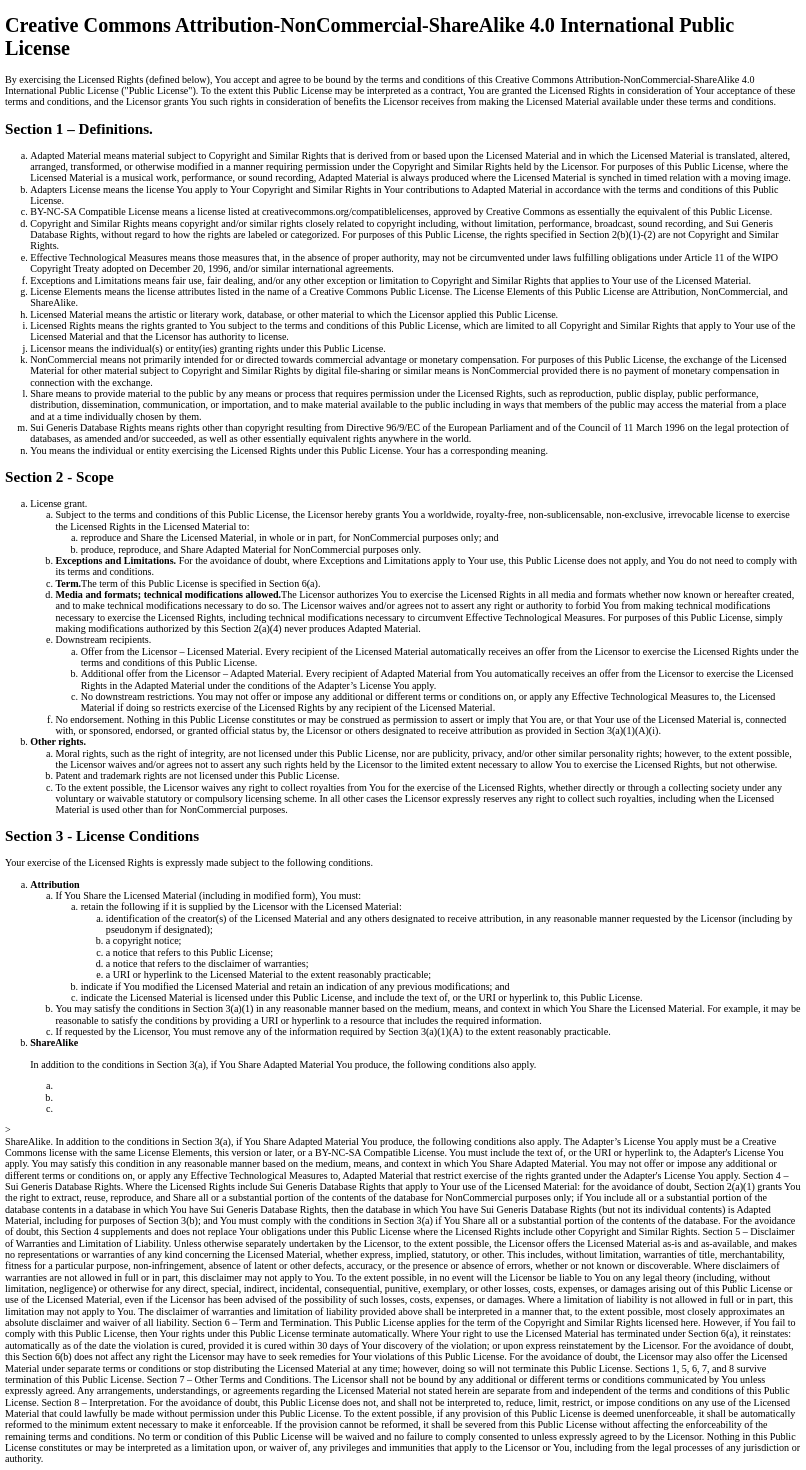
Repository: Team-Ikigami/Ascendance
Page: LICENSE-CC BY-NC-SA.html
An editor plug-in stored every save of this project. The page is shown before and after the next save, followed by the edit.
The browser window is 1280 px wide. The pictures show the whole page, at 63% of full size.

Above is the page before, as saved 2021-12-12 01:52:34.

After the next save:
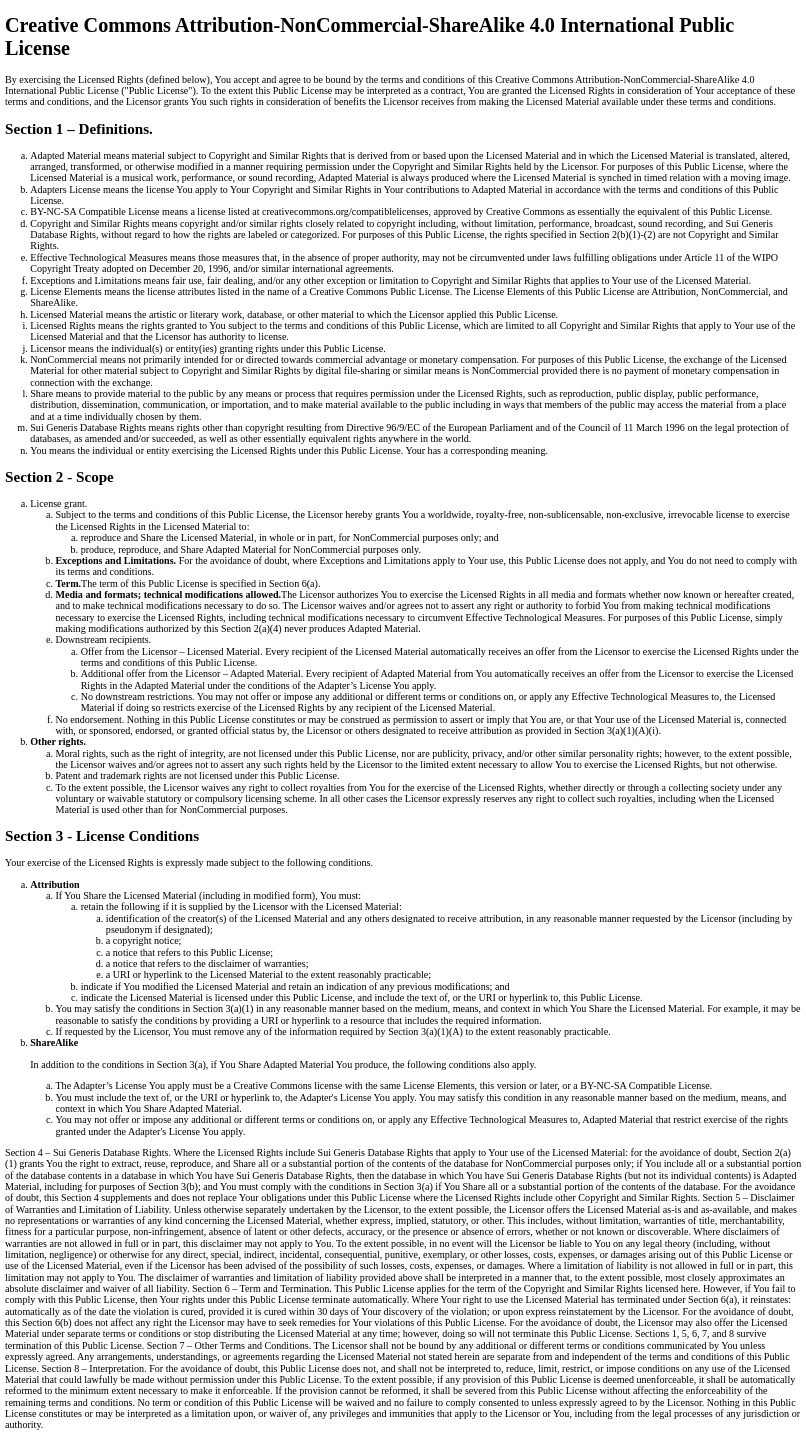
Saved 2 min 29 s later.
--- a/LICENSE-CC BY-NC-SA.html
+++ b/LICENSE-CC BY-NC-SA.html
@@ -63,51 +63,42 @@
 			</ol>
 		</li>
 	</ol>
-	<div>
-		<h2>Section 3 - License Conditions</h2>
-		Your exercise of the Licensed Rights is expressly made subject to the following conditions.
-		<ol>
-			<li><b>Attribution</b>
-				<ol>
-					<li>If You Share the Licensed Material (including in modified form), You must:
-						<ol>
-							<li>retain the following if it is supplied by the Licensor with the Licensed Material:
-								<ol>
-									<li>identification of the creator(s) of the Licensed Material and any others designated to receive attribution, in any reasonable manner requested by the Licensor (including by pseudonym if designated);</li>
-									<li>a copyright notice;</li>
-									<li>a notice that refers to this Public License;</li>
-									<li>a notice that refers to the disclaimer of warranties;</li>
-									<li>a URI or hyperlink to the Licensed Material to the extent reasonably practicable;</li>
-								</ol>
-							</li>
-							<li>indicate if You modified the Licensed Material and retain an indication of any previous modifications; and</li>
-							<li>indicate the Licensed Material is licensed under this Public License, and include the text of, or the URI or hyperlink to, this Public License.</li>
-						</ol>
-					</li>
-					<li>You may satisfy the conditions in Section 3(a)(1) in any reasonable manner based on the medium, means, and context in which You Share the Licensed Material. For example, it may be reasonable to satisfy the conditions by providing a URI or hyperlink to a resource that includes the required information.</li>
-					<li>If requested by the Licensor, You must remove any of the information required by Section 3(a)(1)(A) to the extent reasonably practicable.</li>
-				</ol>
-			</li>
-			<li><b>ShareAlike</b>
-				<p>In addition to the conditions in Section 3(a), if You Share Adapted Material You produce, the following conditions also apply.</p>
-				<ol>
-					<li></li>
-					<li></li>
-					<li></li>
-				</ol>
-			</li>
-		</ol>>
-	</div>
+	<h2>Section 3 - License Conditions</h2>
+	Your exercise of the Licensed Rights is expressly made subject to the following conditions.
+	<ol>
+		<li><b>Attribution</b>
+			<ol>
+				<li>If You Share the Licensed Material (including in modified form), You must:
+					<ol>
+						<li>retain the following if it is supplied by the Licensor with the Licensed Material:
+							<ol>
+								<li>identification of the creator(s) of the Licensed Material and any others designated to receive attribution, in any reasonable manner requested by the Licensor (including by pseudonym if designated);</li>
+								<li>a copyright notice;</li>
+								<li>a notice that refers to this Public License;</li>
+								<li>a notice that refers to the disclaimer of warranties;</li>
+								<li>a URI or hyperlink to the Licensed Material to the extent reasonably practicable;</li>
+							</ol>
+						</li>
+						<li>indicate if You modified the Licensed Material and retain an indication of any previous modifications; and</li>
+						<li>indicate the Licensed Material is licensed under this Public License, and include the text of, or the URI or hyperlink to, this Public License.</li>
+					</ol>
+				</li>
+				<li>You may satisfy the conditions in Section 3(a)(1) in any reasonable manner based on the medium, means, and context in which You Share the Licensed Material. For example, it may be reasonable to satisfy the conditions by providing a URI or hyperlink to a resource that includes the required information.</li>
+				<li>If requested by the Licensor, You must remove any of the information required by Section 3(a)(1)(A) to the extent reasonably practicable.</li>
+			</ol>
+		</li>
+		<li><b>ShareAlike</b>
+			<p>In addition to the conditions in Section 3(a), if You Share Adapted Material You produce, the following conditions also apply.</p>
+			<ol>
+				<li>The Adapter’s License You apply must be a Creative Commons license with the same License Elements, this version or later, or a BY-NC-SA Compatible License.</li>
+				<li>You must include the text of, or the URI or hyperlink to, the Adapter's License You apply. You may satisfy this condition in any reasonable manner based on the medium, means, and context in which You Share Adapted Material.</li>
+				<li>You may not offer or impose any additional or different terms or conditions on, or apply any Effective Technological Measures to, Adapted Material that restrict exercise of the rights granted under the Adapter's License You apply.</li>
+			</ol>
+		</li>
+	</ol>
 </body>
 </html>
 
-
-ShareAlike.
-In addition to the conditions in Section 3(a), if You Share Adapted Material You produce, the following conditions also apply.
-
-The Adapter’s License You apply must be a Creative Commons license with the same License Elements, this version or later, or a BY-NC-SA Compatible License.
-You must include the text of, or the URI or hyperlink to, the Adapter's License You apply. You may satisfy this condition in any reasonable manner based on the medium, means, and context in which You Share Adapted Material.
-You may not offer or impose any additional or different terms or conditions on, or apply any Effective Technological Measures to, Adapted Material that restrict exercise of the rights granted under the Adapter's License You apply.
 Section 4 – Sui Generis Database Rights.
 
 Where the Licensed Rights include Sui Generis Database Rights that apply to Your use of the Licensed Material:
